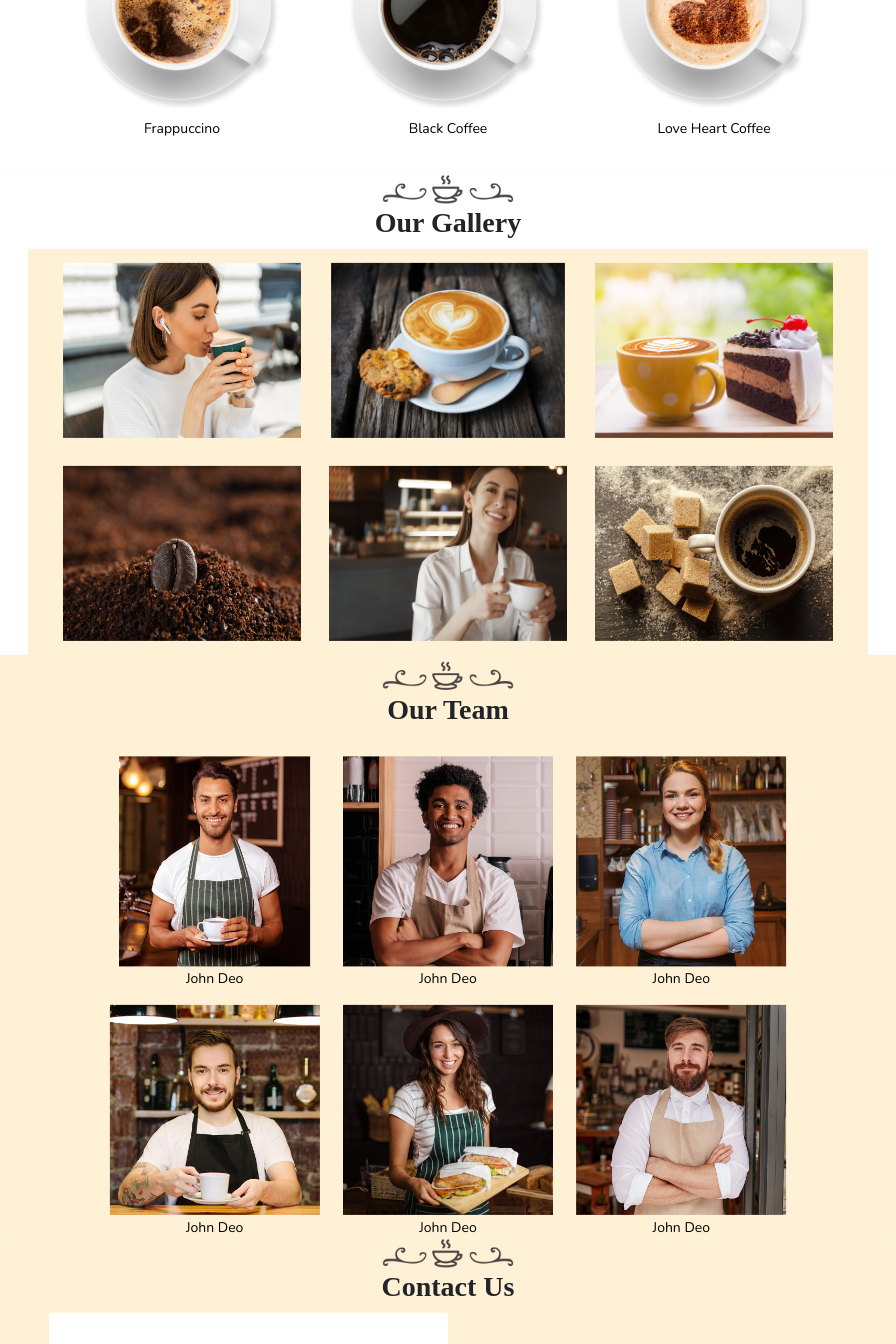
Repository: Ragavan728/coffee_full
Page: index.html
These files come from the project's save history. The page is drawn as it stood at one moment and after a run of saves; the edit follows.
The browser window is 1280 px wide. The pictures show the part of the page from y = 2382 to 4302 px (the page is 5207 px tall before and 5267 px after), at 70% of full size.
Some web fonts or font styles are not loaded; a fallback is used.

Above is the page before, as saved 2025-02-10 16:15:20.

### index.html
<!DOCTYPE html>
<html lang="en">

<head>
    <meta charset="UTF-8">
    <meta name="viewport" content="width=device-width, initial-scale=1.0">
    <title>Coffee Shop</title>
    <link rel="shortcut icon" href="./assets/images/logo.png" type="image/x-icon">
    <link rel="stylesheet" href="./style.css">
    <link rel="stylesheet" href="https://cdnjs.cloudflare.com/ajax/libs/font-awesome/6.7.2/css/all.min.css"
        integrity="sha512-Evv84Mr4kqVGRNSgIGL/F/aIDqQb7xQ2vcrdIwxfjThSH8CSR7PBEakCr51Ck+w+/U6swU2Im1vVX0SVk9ABhg=="
        crossorigin="anonymous" referrerpolicy="no-referrer" />
    <!-- <link rel="stylesheet" href="./cssSequence.css"> -->
</head>

<body>
    <header>
        <nav class="navBar"> <!-- component -->
            <div class="navContainer align"> <!-- componentContainer -->
                <div class="navBody grid-2"> <!-- row 1 -->
                    <div class="logoBlock dflex"> <!-- column 1 -->
                        <figure class="logoBox dflex"> <!-- subColumn 1 -->
                            <img src="./assets/images/logo.png" alt="logo">
                        </figure>
                    </div>
                    <div class="navlinkBlock dflex"> <!-- column 2 -->
                        <ul class="navlinkBox dflex"> <!-- subcolumn 1 -->
                            <li><a href="">Home</a></li>
                            <li><a href="">About</a></li>
                            <li><a href="">Menu</a></li>
                            <li><a href="">Gallery</a></li>
                            <li><a href="">Team</a></li>
                            <li><a href="">Contact</a></li>
                        </ul>
                    </div>
                </div>
            </div>
        </nav>
        <section class="heroSection componentSpacing"> <!-- component -->
            <div class="heroContainer align"> <!-- componentContainer -->
                <div class="heroBody grid-1"> <!-- row 1 -->
                    <div class="heroBlock dflex"> <!-- column 1 -->
                        <div class="heroBox dflex-col"> <!-- subcolumn 1 -->
                            <h1>Coffee Heaven</h1>
                            <p>Lorem Ipsum, Dolor Sit Amet Consectetur
                                Adipisicing Elit. Adipisci Ipsa Id Vero
                                Perferendis, Reiciendis Dolores!</p>
                            <button type="button">About Us</button>
                        </div>
                    </div>
                </div>
            </div>
        </section>
    </header>
    <main>
        <section class="ourMenu componentSpacing"> <!-- component -->
            <div class="ourMenuContainer align"> <!-- componentContainer  -->
                <div class="ourMenuBody grid-2"> <!-- row 1 -->
                    <div class="ourMenuImgBlock dflex"> <!-- column 1 -->
                        <figure class="ourMenuImgBox dflex"> <!-- subColumn 1 -->
                            <img src="./assets/images/ourmenu.svg" alt="menuImg">
                        </figure>
                    </div>
                    <div class="ourMenuBlock dflex"> <!-- column 2 -->
                        <div class="ourMenuBox dflex-col"> <!-- subcolumn 1 -->
                            <h2>A Cup Of Coffee Can Complete Your Day</h2>
                            <p>Lorem ipsum, dolor sit amet consectetur adipisicing elit. Pariatur, esse corrupti.
                                Incidunt fuga sit numquam est consequatur provident ipsa quidem! Lorem</p>
                            <button type="button">Our Menu</button>
                        </div>
                    </div>
                </div>
            </div>
        </section>
        <section class="ourFacility componentSpacing"> <!-- component -->
            <div class="ourFacilityContainer align"> <!-- componentContainer -->
                <div class="headingBody grid-1"> <!-- row 1 -->
                    <div class="headingBlock dflex"> <!-- column 1 -->
                        <div class="headingBox dflex-col"> <!-- subcolumn 1 -->
                            <figure class="headingImg">
                                <img src="./assets/images/heading.png" alt="heading_design">
                            </figure>
                            <h2>our facility</h2>
                        </div>
                    </div>
                </div>
                <div class="facilityListsBody grid-4"> <!-- row 2 -->
                    <div class="facilityBlock dflex"> <!-- column 1 -->
                        <div class="facilityCard dflex-col"> <!-- subcolumn 1 -->
                            <figure class="facilityCardHead">
                                <img src="./assets/images/facility_1.png" alt="facility_01">
                            </figure>
                            <div class="facilityCardBody">
                                <h3>Varieties Of Coffee</h3>
                                <p>Lorem Ipsum Dolor, Sit Amet Consectetur Adipisicing Elit.</p>
                            </div>
                        </div>
                    </div>
                    <div class="facilityBlock dflex"> <!-- column 2 -->
                        <div class="facilityCard dflex-col"> <!-- subcolumn 1 -->
                            <figure class="facilityCardHead">
                                <img src="./assets/images/facility_2.png" alt="facility_02">
                            </figure>
                            <div class="facilityCardBody">
                                <h3>Coffee Beans</h3>
                                <p>Lorem Ipsum Dolor, Sit Amet Consectetur Adipisicing Elit.</p>
                            </div>
                        </div>
                    </div>
                    <div class="facilityBlock dflex"> <!-- column 3 -->
                        <div class="facilityCard dflex-col"> <!-- subcolumn 1 -->
                            <figure class="facilityCardHead">
                                <img src="./assets/images/facility_3.png" alt="facility_03">
                            </figure>
                            <div class="facilityCardBody">
                                <h3>Breakfast And Sweets</h3>
                                <p>Lorem Ipsum Dolor, Sit Amet Consectetur Adipisicing Elit.</p>
                            </div>
                        </div>
                    </div>
                    <div class="facilityBlock dflex"> <!-- column 4 -->
                        <div class="facilityCard dflex-col"> <!-- subcolumn 1 -->
                            <figure class="facilityCardHead">
                                <img src="./assets/images/facility_4.png" alt="facility_04">
                            </figure>
                            <div class="facilityCardBody">
                                <h3>Ready To Go Coffee</h3>
                                <p>Lorem Ipsum Dolor, Sit Amet Consectetur Adipisicing Elit.</p>
                            </div>
                        </div>
                    </div>
                </div>
            </div>
        </section>
        <section class="popularMenu componentSpacing"> <!-- component -->
            <div class="popularMenuContainer align"> <!-- componentContainer -->
                <div class="headingBody grid-1"> <!-- row 1 -->
                    <div class="headingBlock dflex"> <!-- column 1 -->
                        <div class="headingBox dflex-col"> <!-- subcolumn 1 -->
                            <figure class="headingImg">
                                <img src="./assets/images/heading.png" alt="heading_design">
                            </figure>
                            <h2>Popular menu</h2>
                        </div>
                    </div>
                </div>
                <div class="popularMenuBody grid-3"> <!-- row 2 -->
                    <div class="popularMenuBlock dflex"> <!-- column 1 -->
                        <div class="popularMenuCard dflex-col"> <!-- subcolumn 1 -->
                            <figure class="popularCardHead">
                                <img src="./assets/images/popular_1.png" alt="popular_01">
                            </figure>
                            <div class="popularCardBody">
                                <p>love you coffee</p>
                            </div>
                        </div>
                    </div>
                    <div class="popularMenuBlock dflex"> <!-- column 2 -->
                        <div class="popularMenuCard dflex-col"> <!-- subcolumn 1 -->
                            <figure class="popularCardHead">
                                <img src="./assets/images/popular_2.png" alt="popular_02">
                            </figure>
                            <div class="popularCardBody">
                                <p>Cappuccino</p>
                            </div>
                        </div>
                    </div>
                    <div class="popularMenuBlock dflex"> <!-- column 3 -->
                        <div class="popularMenuCard dflex-col"> <!-- subcolumn 1 -->
                            <figure class="popularCardHead">
                                <img src="./assets/images/popular_3.png" alt="popular_03">
                            </figure>
                            <div class="popularCardBody">
                                <p>Mocha Coffee</p>
                            </div>
                        </div>
                    </div>
                    <div class="popularMenuBlock dflex"> <!-- column 4 -->
                        <div class="popularMenuCard dflex-col"> <!-- subcolumn 1 -->
                            <figure class="popularCardHead">
                                <img src="./assets/images/popular_4.png" alt="popular_04">
                            </figure>
                            <div class="popularCardBody">
                                <p>Frappuccino</p>
                            </div>
                        </div>
                    </div>
                    <div class="popularMenuBlock dflex"> <!-- column 5 -->
                        <div class="popularMenuCard dflex-col"> <!-- subcolumn 1 -->
                            <figure class="popularCardHead">
                                <img src="./assets/images/popular_5.png" alt="popular_05">
                            </figure>
                            <div class="popularCardBody">
                                <p>Black Coffee</p>
                            </div>
                        </div>
                    </div>
                    <div class="popularMenuBlock dflex"> <!-- column 6 -->
                        <div class="popularMenuCard dflex-col"> <!-- subcolumn 1 -->
                            <figure class="popularCardHead">
                                <img src="./assets/images/popular_6.png" alt="popular_06">
                            </figure>
                            <div class="popularCardBody">
                                <p>Love Heart Coffee</p>
                            </div>
                        </div>
                    </div>
                </div>
            </div>
        </section>
        <section class="ourGallery"> <!-- component -->
            <div class="ourGalleryContainer"> <!-- componentContainer -->
                <div class="headingBody"> <!-- row 1 -->
                    <div class="headingBlock"> <!-- column 1 -->
                        <div class="headingBox"> <!-- subcolumn 1 -->
                            <figure class="headingImg">
                                <img src="./assets/images/heading.png" alt="heading_design">
                            </figure>
                            <h2>our gallery</h2>
                        </div>
                    </div>
                </div>
                <div class="ourGalleryBody"> <!-- row 2 -->
                    <div class="ourGalleryBlock"> <!-- column 1 -->
                        <div class="ourGalleryCard"> <!-- subcolumn 1 -->
                            <figure class="cardHead">
                                <img src="./assets/images/gallery_1.webp" alt="gallery_1">
                            </figure>
                        </div>
                    </div>
                    <div class="ourGalleryBlock"> <!-- column 2 -->
                        <div class="ourGalleryCard"> <!-- subcolumn 1 -->
                            <figure class="cardHead">
                                <img src="./assets/images/gallery_2.webp" alt="gallery_2">
                            </figure>
                        </div>
                    </div>
                    <div class="ourGalleryBlock"> <!-- column 3 -->
                        <div class="ourGalleryCard"> <!-- subcolumn 1 -->
                            <figure class="cardHead">
                                <img src="./assets/images/gallery_3.webp" alt="gallery_3">
                            </figure>
                        </div>
                    </div>
                    <div class="ourGalleryBlock"> <!-- column 4 -->
                        <div class="ourGalleryCard"> <!-- subcolumn 1 -->
                            <figure class="cardHead">
                                <img src="./assets/images/gallery_4.webp" alt="gallery_4">
                            </figure>
                        </div>
                    </div>
                    <div class="ourGalleryBlock"> <!-- column 5 -->
                        <div class="ourGalleryCard"> <!-- subcolumn 1 -->
                            <figure class="cardHead">
                                <img src="./assets/images/gallery_5.webp" alt="gallery_5">
                            </figure>
                        </div>
                    </div>
                    <div class="ourGalleryBlock"> <!-- column 6 -->
                        <div class="ourGalleryCard"> <!-- subcolumn 1 -->
                            <figure class="cardHead">
                                <img src="./assets/images/gallery_6.webp" alt="gallery_6">
                            </figure>
                        </div>
                    </div>
                </div>
            </div>
        </section>
        <section class="ourTeam"> <!-- component -->
            <div class="ourTeamContainer"> <!-- componentContainer -->
                <div class="headingBody"> <!-- row 1 -->
                    <div class="headingBlock"> <!-- column 1 -->
                        <div class="headingBox"> <!-- subcolumn 1 -->
                            <figure class="headingImg">
                                <img src="./assets/images/heading.png" alt="heading_design">
                            </figure>
                            <h2>our team</h2>
                        </div>
                    </div>
                </div>
                <div class="ourTeamBody"> <!-- row 2 -->
                    <div class="ourTeamBlock"> <!-- column 1 -->
                        <div class="ourTeamCard"> <!-- subcolumn 1 -->
                            <figure class="teamCardHead">
                                <img src="./assets/images/team_1.jpg" alt="team_1">
                            </figure>
                            <div class="teamCardBody">
                                <p>john deo</p>
                            </div>
                        </div>
                    </div>
                    <div class="ourTeamBlock "> <!-- column 2 -->
                        <div class="ourTeamBox"> <!-- subcolumn 1 -->
                            <figure class="teamCardHead">
                                <img src="./assets/images/team_2.jpg" alt="team_2">
                            </figure>
                            <div class="teamCardBody">
                                <p>john deo</p>
                            </div>
                        </div>
                    </div>
                    <div class="ourTeamBlock "> <!-- column 3 -->
                        <div class="ourTeamBox"> <!-- subcolumn 1 -->
                            <figure class="teamCardHead">
                                <img src="./assets/images/team_3.jpg" alt="team_3">
                            </figure>
                            <div class="teamCardBody">
                                <p>john deo</p>
                            </div>
                        </div>
                    </div>
                    <div class="ourTeamBlock "> <!-- column 4 -->
                        <div class="ourTeamBox"> <!-- subcolumn 1 -->
                            <figure class="teamCardHead">
                                <img src="./assets/images/team_4.jpg" alt="team_4">
                            </figure>
                            <div class="teamCardBody">
                                <p>john deo</p>
                            </div>
                        </div>
                    </div>
                    <div class="ourTeamBlock "> <!-- column 5 -->
                        <div class="ourTeamBox"> <!-- subcolumn 1 -->
                            <figure class="teamCardHead">
                                <img src="./assets/images/team_5.jpg" alt="team_5">
                            </figure>
                            <div class="teamCardBody">
                                <p>john deo</p>
                            </div>
                        </div>
                    </div>
                    <div class="ourTeamBlock "> <!-- column 6 -->
                        <div class="ourTeamBox"> <!-- subcolumn 1 -->
                            <figure class="teamCardHead">
                                <img src="./assets/images/team_6.jpg" alt="team_6">
                            </figure>
                            <div class="teamCardBody">
                                <p>john deo</p>
                            </div>
                        </div>
                    </div>
                </div>
            </div>
        </section>
        <section class="contactUs"> <!-- component -->
            <div class="contactContainer"> <!-- componentContainer -->
                <div class="headingBody"> <!-- row 1 -->
                    <div class="headingBlock"> <!-- column 1 -->
                        <div class="headingBox"> <!-- subcolumn 1 -->
                            <figure class="headingImg">
                                <img src="./assets/images/heading.png" alt="heading_design">
                            </figure>
                            <h2>contact us</h2>
                        </div>
                    </div>
                </div>
                <div class="contactUsBody"> <!-- row 2 -->
                    <div class="contactUsImgBlock"> <!-- column 1 -->
                        <figure class="imgBox"> <!-- subcolumn 1 -->
                            <img src="./assets/images/contact-img (1).jpg" alt="">
                        </figure>
                    </div>
                    <div class="contactFormBlock"> <!-- column 2 -->


                    </div>
                </div>
            </div>
        </section>
    </main>
    <footer>
        <section class="footer"> <!-- component -->
            <div class="footerContainer"> <!-- componentContainer -->
                <div class="footerBody"> <!-- row 1 -->
                    <div class="footerBlock"> <!-- column 1 -->
                        <div class="footerCard"> <!-- subcolumn 1 -->
                            <div class="cardHead">
                                <i class="fa-solid fa-envelope"></i>
                            </div>
                            <div class="cardBody">
                                <h5>our email</h5>
                                <p>shaakshi@gmail.com</p>
                                <p>hyhy@gmail.com</p>
                            </div>
                        </div>
                    </div>
                    <div class="footerBlock"> <!-- column 2 -->
                        <div class="footerCard"> <!-- subcolumn 1 -->
                            <div class="cardHead">
                                <i class="fa-regular fa-clock"></i>
                            </div>
                            <div class="cardBody">
                                <h5>opening hours</h5>
                                <p>07:00am to 09:00pm</p>
                            </div>
                        </div>
                    </div>
                    <div class="footerBlock"> <!-- column 3 -->
                        <div class="footerCard"> <!-- subcolumn 1 -->
                            <div class="cardHead">
                                <i class="fa-solid fa-location-dot"></i>
                            </div>
                            <div class="cardBody">
                                <h5>shop location</h5>
                                <p>mumbai, india- 400101</p>
                            </div>
                        </div>
                    </div>
                    <div class="footerBlock"> <!-- column 4 -->
                        <div class="footerCard"> <!-- subcolumn 1 -->
                            <div class="cardHead">
                                <i class="fa-solid fa-phone"></i>
                            </div>
                            <div class="cardBody">
                                <h5>our number</h5>
                                <p>+91-123-456-7890</p>
                                <p>+91-111-222-3333</p>
                            </div>
                        </div>
                    </div>
                </div>
                <div class="copyrightsBody"> <!-- row 2 -->
                    <div class="copyrightsBlock"> <!-- column 1  -->
                        <div class="copyrightsBox"> <!-- subcolumn 1 -->
                            <p>
                                © copyright @ 2022 by <span>mr. web designer</span> | all rights reserved
                            </p>
                        </div>
                    </div>
                </div>
            </div>
        </section>
    </footer>
</body>

</html>

Loaded but not shown: style.css (1040 lines, source omitted)

After the next 2 saves:
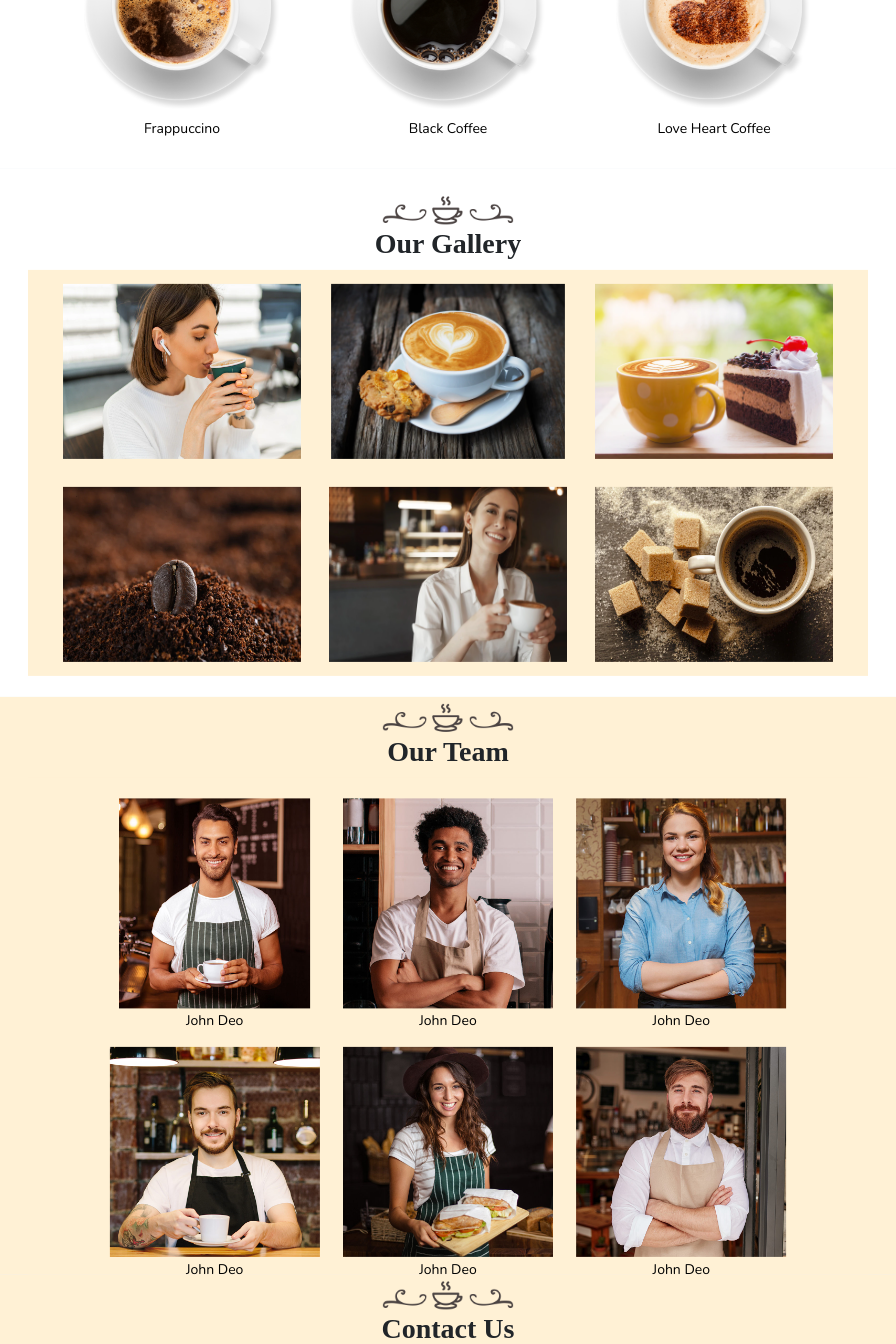
The 2 saves are shown as one change because they came seconds apart.
The last was saved 19 s later.
--- a/index.html
+++ b/index.html
@@ -208,8 +208,8 @@
                 </div>
             </div>
         </section>
-        <section class="ourGallery"> <!-- component -->
-            <div class="ourGalleryContainer"> <!-- componentContainer -->
+        <section class="ourGallery componentSpacing"> <!-- component -->
+            <div class="ourGalleryContainer align"> <!-- componentContainer -->
                 <div class="headingBody"> <!-- row 1 -->
                     <div class="headingBlock"> <!-- column 1 -->
                         <div class="headingBox"> <!-- subcolumn 1 -->
